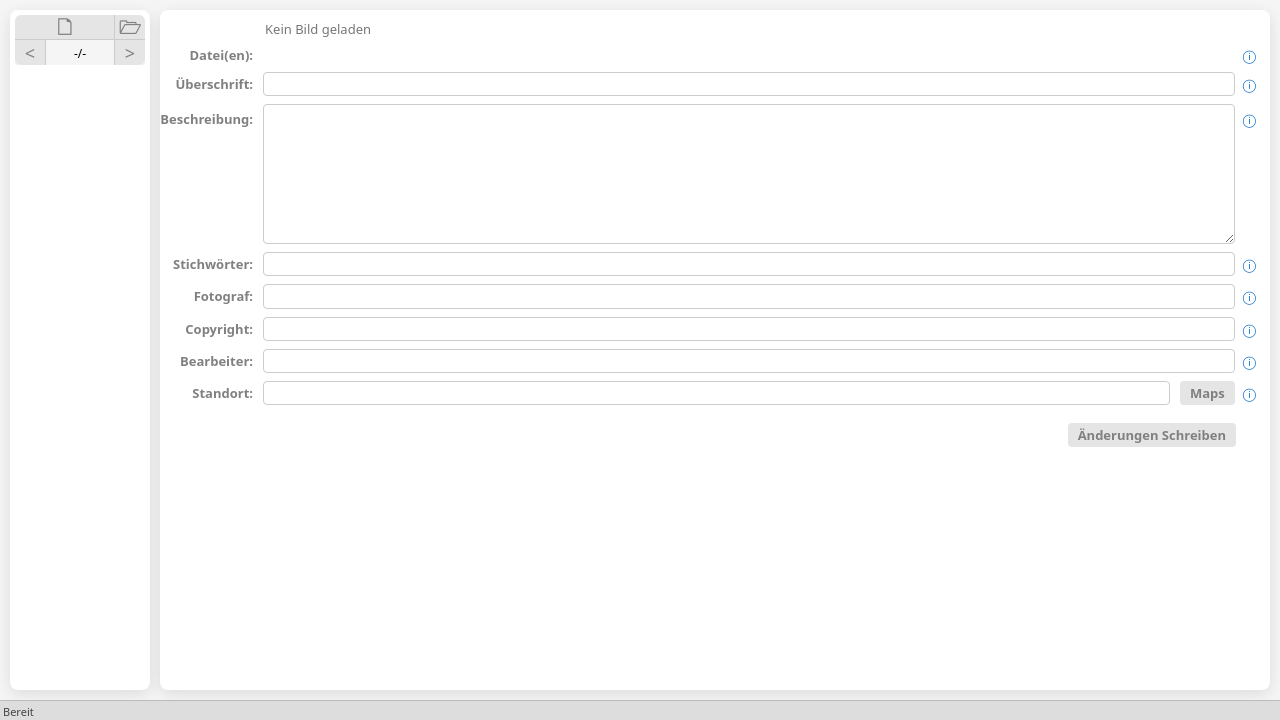
Repository: h-fahle/metadata
Page: ui/index.html
These files come from the project's save history. The page is drawn as it stood at one moment and after the next save; the edit follows.
The browser window is 1280 px wide. The pictures show the whole page.

Above is the page before, as saved 2026-08-27 17:30:22.
Console error: TypeError: Cannot read properties of undefined (reading 'core')

### ui/index.html
<!DOCTYPE html>
<html lang="de">

<head>
	<meta charset="UTF-8">
	<title>Tauri ExifTool Test</title>
	<script src="script.js" defer></script>
	<link rel="stylesheet" href="style.css">
</head>

<body>

	<main id="main-container">

		<!-- Das Vorschaubild links -->
		<aside id="sidebar">

			<div class="split-button-container">
				<div class="main-row">
					<button class="img-select-btn open-files"  data-ordner="false" data-mehrfach="true">
						&#x1F5CB;<div class="tooltip-box">Bilddatei(en) öffnen</div>
					</button>
					<button class="img-select-btn open-folder" data-ordner="true" data-mehrfach="false">
						&#x1F5C1;<div class="tooltip-box">Ordner öffnen</div>
					</button>
				</div>
				<div class="pager-row">
					<button class="pager-btn prev-btn" data-schritt="-1">&lt;</button>
					<div id="img-nummer" class="pager-display">-/-</div>
					<button class="pager-btn next-btn" data-schritt="1"">&gt;</button>
				</div>
			</div>

			<img id="vorschau-bild" src="" style="display:none;" />
			<div id="bild-info" style="text-align:center;">
				<span id="img-datum"></span><br>
				<span id="img-groesse"></span>
			</div>
		</aside>

		<!-- Das Formular rechts -->
		<section id="form-container">

			<div id="ordner-pfad">Kein Bild geladen</div>

			<div class="form-row">
				<label for="filename">Datei(en):</label>
				<div id="dynamischerBereich" style="width: 100%;">
					<!-- Input- / oder Select-Element -->
				</div>
				<div class="tooltip-container">
					<span class="info-icon">ⓘ</span>
					<div class="tooltip-box">Im Einzelmodus: Änderung des Dateinamens bewirkt Umbenennung der Datei.
						Im Stapelmodus: Dateinamen sind nicht änderbar.!
					</div>
				</div>
			</div>

			<div class="form-row">
				<label for="caption">Überschrift:</label>
				<input type="text" id="caption" name="caption" />
				<div class="tooltip-container">
					<span class="info-icon">ⓘ</span>
					<div class="tooltip-box">Auch: (Dokument-)Titel, Schlagzeile, Headline
					</div>
				</div>
			</div>

			<div class="form-row form-row-top">
				<label for="description">Beschreibung:</label>
				<textarea id="description" name="description"></textarea>
				<div class="tooltip-container">
					<span class="info-icon">ⓘ</span>
					<div class="tooltip-box">Beschreibender Text in beliebiger Länge.
						(Im Stapelmodus wird der eingegebene Text
						&nbsp;&nbsp; an vorhandenen angehängt.)
						Hinweis: Einige Programme zeigen nur 2.000 Zeichen
						&nbsp;&nbsp; oder auch weniger an.
					</div>
				</div>
			</div>

			<div class="form-row">
				<label for="keywords">Stichwörter:</label>
				<input type="text" id="keywords" name="keywords" />
				<div class="tooltip-container">
					<span class="info-icon">ⓘ</span>
					<div class="tooltip-box">Komma-separierte Liste. Groß-/Kleinschreibung beachten.
						Im Stapelmodus werden die eingegebenen Stichwörter
						&nbsp;&nbsp; an vorhandene angehängt.
					</div>
				</div>
			</div>

			<div class="form-row">
				<label for="creator">Fotograf:</label>
				<input type="text" id="creator" name="creator" />
				<div class="tooltip-container">
					<span class="info-icon">ⓘ</span>
					<div class="tooltip-box">Urheber, Ersteller, Autor
						(Tags: Artitst, Creator, By-line)
					</div>
				</div>
			</div>

			<div class="form-row">
				<label for="copyright">Copyright:</label>
				<input type="text" id="copyright" name="copyright" />
				<div class="tooltip-container">
					<span class="info-icon">ⓘ</span>
					<div class="tooltip-box">Urheberrechtshinweis; enthält in der Regel:
						Name des Fotografen, Aufnahmejahr und Nutzungsrechte;
						(z.B. 'Copyright [1975] [Mustermann], Alle Rechte vorbehalten')
					</div>
				</div>
			</div>

			<div class="form-row">
				<label for="editor">Bearbeiter:</label>
				<input type="text" id="editor" name="editor" />
				<div class="tooltip-container">
					<span class="info-icon">ⓘ</span>
					<div class="tooltip-box">Verfasser der Metadaten
						(Tags: Caption Writer, Writer Editor)
					</div>
				</div>
			</div>

			<div class="form-row">
				<label for="position">Standort:</label>
				<input type="text" id="position" name="position" />
				<button type="button" class="maps-trigger-btn">Maps</button>
				<div class="tooltip-container">
					<span class="info-icon">ⓘ</span>
					<div class="tooltip-box">GPS-Koordinaten in Dezimalgrad (z.B.: 51.49129, 8.43317).
						Ermitteln der Koordinaten in der Google Maps-Karte:
						&nbsp; 1. mit rechter Maustaste auf den Standort klicken,
						&nbsp; 2. auf die angezeigten Koordinaten klicken,
						&nbsp; 3. der so gespeicherte Wert kann mit Strg+V
						&nbsp;&nbsp;&nbsp;&nbsp;&nbsp;&nbsp; hier eingefügt werden.
					</div>
				</div>
			</div>

			<!-- Button-Leiste -->
			<div class="button-group">
				<button type="button" id="btn-exif-schreiben">Änderungen Schreiben</button>
			</div>

		</section> <!-- Ende der form-containers-->
	</main> <!-- Ende des main-containers -->

	<footer id="statusleiste">
		<div id="status-text">
			Bereit
		</div>
	</footer>


</body>

</html>

### ui/style.css
:root {
	--app-font: system-ui, -apple-system, "Segoe UI", Roboto, Helvetica, Arial, sans-serif;
	--app-font-size: 13px;
}

/* 1. Das App-Fenster exakt auf 100% fixieren (kein äußeres Scrollen) */
html, body {
	margin: 0;
	padding: 0;
	height: 100vh;
	width: 100vw;
	overflow: hidden; /* Verhindert jegliche äußere Scrollbalken */
	background: #f5f5f5;
	display: flex;
	flex-direction: column; /* Hauptinhalt oben, Statusleiste unten */
	font-family: var(--app-font);
	font-size: var(--app-font-size);
}

input,
textarea,
button,
selectx {
	font-family: var(--app-font) !important;
	font-size: var(--app-font-size) !important;
}

/* Allumfassender Box-Sizing-Fix für die gesamte App */
*, *::before, *::after {
	box-sizing: border-box;
}

/* 2. Der Hauptbereich füllt den gesamten oberen Platz aus --------------------------- */
#main-container {
	flex: 1;
	display: flex;
	flex-direction: row; /* Elemente nebeneinander */
	gap: 10px;
	padding: 10px;
	overflow: hidden; /* Verhindert, dass Riesen-Inhalte das Fenster sprengen */
}

/* 3. LINKS: Die Sidebar mit fester Breite */
#sidebar {
	width: 140px;
	min-width: 140px; /* Lässt die Sidebar niemals schrumpfen */
	background-color: #ffffff;
	border-radius: 8px;
	padding: 5px;
	box-shadow: 0 4px 15px rgba(0, 0, 0, 0.1);
}

#vorschau-bild {
	max-width: 130px;
	margin: 15px auto;
	height: auto;
}

/* 4. RECHTS: Das Formular nimmt den gesamten Rest ein und wächst mit */
#form-container {
	flex: 1; /* Nimmt 100% des restlichen Platzes ein */
	min-width: 0; /* Erlaubt Flexbox, die Box bei Bedarf zu verkleinern */
	background-color: #ffffff;
	border-radius: 8px;
	padding: 10px;
	display: flex;
	flex-direction: column;
	gap: 8px;
	box-shadow: 0 4px 15px rgba(0, 0, 0, 0.1);
}

#ordner-pfad {
	margin-left: 95px !important;
	color: #777777;
}

/* Jede Zeile wird zu einer horizontalen Flexbox */
.form-row {
	display: flex !important;
	flex-direction: row;
	align-items: center; /* Richtet Label und Input vertikal mittig zueinander aus */
	gap: 10px;           /* Abstand zwischen Label und Input */
	width: 100%;
}

/* Die Labels bekommen eine feste Breite, damit alle Inputs sauber untereinander starten */
.form-row label {
	width: 95px;         /* Breite je nach längstem Label-Text anpassen */
	min-width: 95px;     /* Verhindert, dass das Label zusammengedrückt wird */
	text-align: right;   /* Optional: Richtet den Text rechtsbündig zum Input aus */
	color: gray;
	font-weight: bold;
	margin-left: -12px;
}

/* Die Eingabefelder füllen jetzt den gesamten restlichen Platz der Zeile aus */
.form-row input,
.form-row textarea {
	flex: 1;             /* Zwingt das Input-Feld, den Rest der Zeile einzunehmen */
	width: 100%;
	min-width: 0;        /* Erlaubt dem Input, bei sehr kleinen Fenstern stabil zu schrumpfen */
	border: 1px solid #ccc;
	border-radius: 4px;
	padding: 2px;
	line-height: 1.4;
	-webkit-font-smoothing: antialiased;
	outline: none;
}

.form-row select {
  /* 1. Setzt das native Design auf ALLEN Plattformen zurück */
  -webkit-appearance: none; /* Für Chrome, Safari, WebKitGTK, Edge, Opera */
  -moz-appearance: none;    /* Für Firefox */
  appearance: none;         /* Der moderne, offizielle W3C-Standard */

  /* 2. Plattformübergreifender Text-Fix für Unterlängen (g, j, y) */
  line-height: 1.4;           /* 1.5 bietet genug Puffer für Linux- & Windows-Fonts */
  padding: 2px; /* Rechts Platz für den eigenen Pfeil */
  width: 100%;
  height: 24px;

  /* 3. Textglättung für macOS, Windows und Linux */
  -webkit-font-smoothing: antialiased;
  -moz-osx-font-smoothing: grayscale;

  /* 4. tandard-Design für die Box */
  background-color: #ececec;
  border: 1px solid #ccc;
  border-radius: 4px;
  box-sizing: border-box;    /* Verhindert Layout-Verschiebungen */
  outline: none;
  color: gray;
}

.form-row textarea {
	min-height: 140px;
}
.form-row input:focus-visible,
.form-row textarea:focus-visible {
	outline: 2px solid gray;
}

/* Ändert die Ausrichtung für die Textarea-Zeile nach oben */
.form-row-top {
	align-items: flex-start !important; /* Richtet Label, Textarea und Icon oben aus */
}
.form-row-top label,
.form-row-top .tooltip-container {
	padding-top: 6px; /* Verhindert, dass das Label zu weit oben klebt */
}


/* 5. UNTEN: Die Statusleiste mit fixer Höhe und eigenem Scrollbalken */
#statusleiste {
	height: 20px;  /* Feste Höhe für ca. 2 Zeilen Text */
	min-height: 20px;
	border-top: 1px solid #bbb;
	background-color: #ddd;
	font-size: 11px;
	color: #444;
	padding: 3px;
	overflow-y: auto;  /* Vertikaler Scrollbalken erscheint NUR bei Bedarf */
	overflow-x: hidden;  /* Verhindert horizontales Scrollen in der Statusleiste */
	-webkit-font-smoothing: antialiased;
}


/* Bedien-Elemente -------------------------------------------- */
button {
	padding: 3px 10px;
	font-weight: bold;
	cursor: pointer;
	border: none;
	background-color:#e5e5e5;
	color: gray;
}
button:hover {
	background-color: gray;
	color: white;
}
.button-group button,
.form-row button {
	border-radius: 4px;
}

	/* ------------------------------------------------------------------------------ */
	/* Container hält die Steuer-Buttons zusammen */
	.split-button-container {
	  display: inline-flex;
	  flex-direction: column;
	  position: relative;
	  font-family: system-ui, -apple-system, sans-serif;
	  width:130px;
	}

	/* Obere Reihe */
	.main-row {
	  height: 25px;
	  display: flex;
	  border-bottom: 1px solid #ccc; /* Trennlinie zur zweiten Reihe */
	}

	/* Untere Reihe */
	.pager-row {
	  height: 25px;
	  display: flex;
	  align-items: center;
	  background-color: #f5f5f5;
	}

	/* Gemeinsames Design für die Button-Teile */
	.open-files,
	.open-folder,
	.prev-btn,
	.next-btn {
	  font-size: 18px  !important;
	  padding: 0;
	  cursor: pointer;
	  transition: background-color 0.2s;
	}
	.prev-btn,
	.next-btn {
		font-weight: normal;
	}

	/* Hauptbutton oben links */
	.open-files {
	  width: 100%;
	  border-top-left-radius: 6px;
	  border-right: 1px solid #ccc
	}

	/* Pfeilbutton oben rechts */
	.open-folder {
	  width: 30%;
	  border-top-right-radius: 6px;
	}

	/* Blätter-Buttons unten links und rechts */
	.pager-btn {
	  width: 30px;
	  height: 100%;
	  display: flex;
	  align-items: center;
	  justify-content: center;
	  transition: background-color 0.2s;
	}
	.prev-btn {
		border-bottom-left-radius: 6px;
	}
	.next-btn {
		border-bottom-right-radius: 6px;
	}

	.pager-display {
	  height: 100%;
	  flex-grow: 1; /* Nimmt den gesamten Platz in der Mitte ein */
	  text-align: center;
	  font-size: 12px;
	  padding: 5px 0;
	  border-left: 1px solid #ccc;
	  border-right: 1px solid #ccc;
	  user-select: none; /* Verhindert versehentliches Markieren beim Klicken */
	}



/* Der Absendeknopf richtet sich nach den Eingabefeldern aus */
.button-group {
	display: flex;
	justify-content: flex-end;
	margin: 10px 24px 0 0;
}

.button-group button {
	margin-left: 5px;
}


/* Tooltip ---------------------------------------------------------- */

/* Container für das Icon und die Box */
.tooltip-container {
	position: relative; /* Wichtig, damit sich die Box am Icon ausrichtet */
	display: inline-flex;
	align-items: center;
	cursor: help;       /* Zeigt das Fragezeichen/Hilfe-Symbol als Mauszeiger */
	margin-left: -6px;
}

/* Das Info-Icon selbst */
.info-icon {
	color: #0066cc;     /* Schönes Info-Blau */
	padding: 0 4px;
	font-size: 13px;
}

.tooltip-box {
	display: none;
	position: fixed;

	width: max-content;
	max-width: 400px;      /* Verhindert, dass der Tooltip bei sehr viel Text das Fenster sprengt */
	white-space: pre-line;

	background-color: lightyellow;
	color: black;
	border: 1px solid gray;
	padding: 2px 4px;
	border-radius: 6px;
	font-size: 11px;
	line-height: 1.4;
	box-shadow: 0 4px 10px rgba(0, 0, 0, 0.2);
	z-index: 1001;   /* Über der Statusleiste (1000), falls sie sich überschneiden */

  	/* Verschiebt den Tooltip komplett nach links,
     sodass seine rechte Kante am Cursor sitzt */
 	transform: translate(-100%, 40%);  */

	/* Animation & Verstecken */
	transition: opacity 0.2s ease-in-out, visibility 0.2s;
	pointer-events: none; /* Verhindert, dass die Box beim unabsichtlichen Drüberfahren flackert */
}

/* Zeige den Tooltip nur, wenn die Maus über dem Container ist */
.tooltip-container:hover .tooltip-box {
  display: block;
}

.img-select-btn:hover .tooltip-box {
	transform: none;
	font-weight: normal;
	display: block;
}

Loaded but not shown: ui/script.js (421 lines, source omitted)

After the next save:
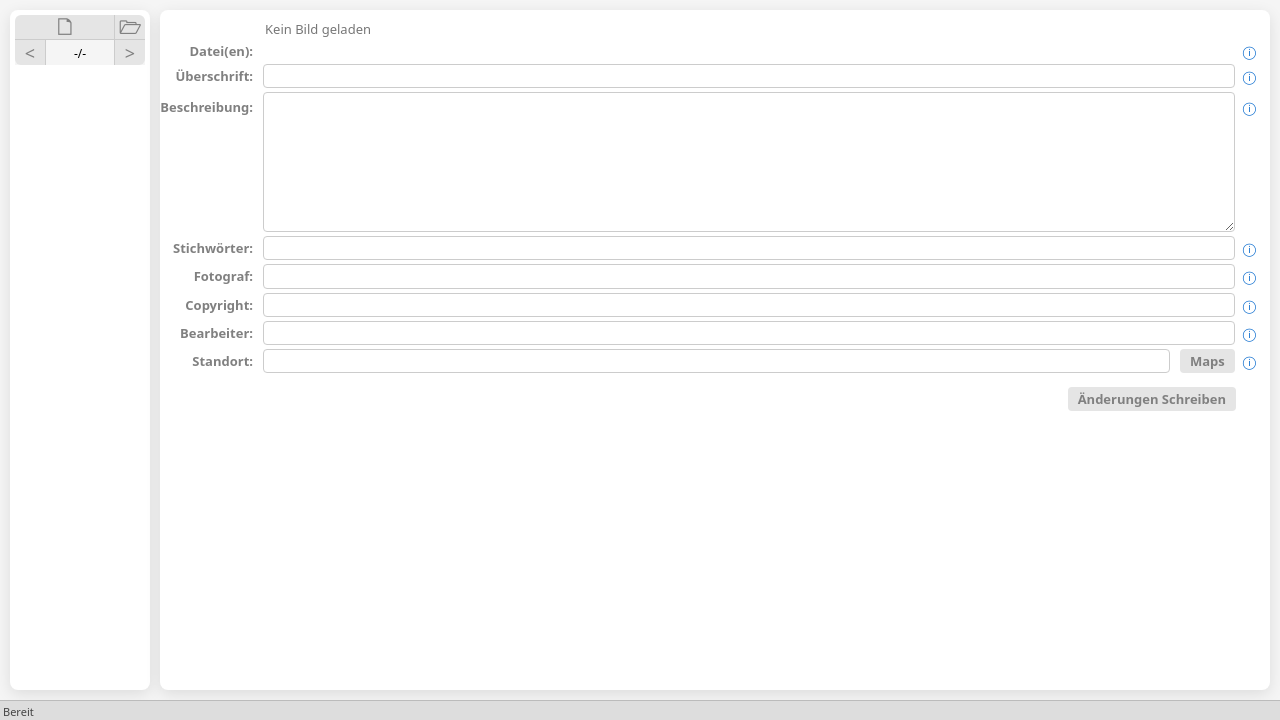
Saved 15 min 39 s later.
--- a/ui/style.css
+++ b/ui/style.css
@@ -65,7 +65,7 @@ selectx {
 	padding: 10px;
 	display: flex;
 	flex-direction: column;
-	gap: 8px;
+	gap: 4px;
 	box-shadow: 0 4px 15px rgba(0, 0, 0, 0.1);
 }
 
